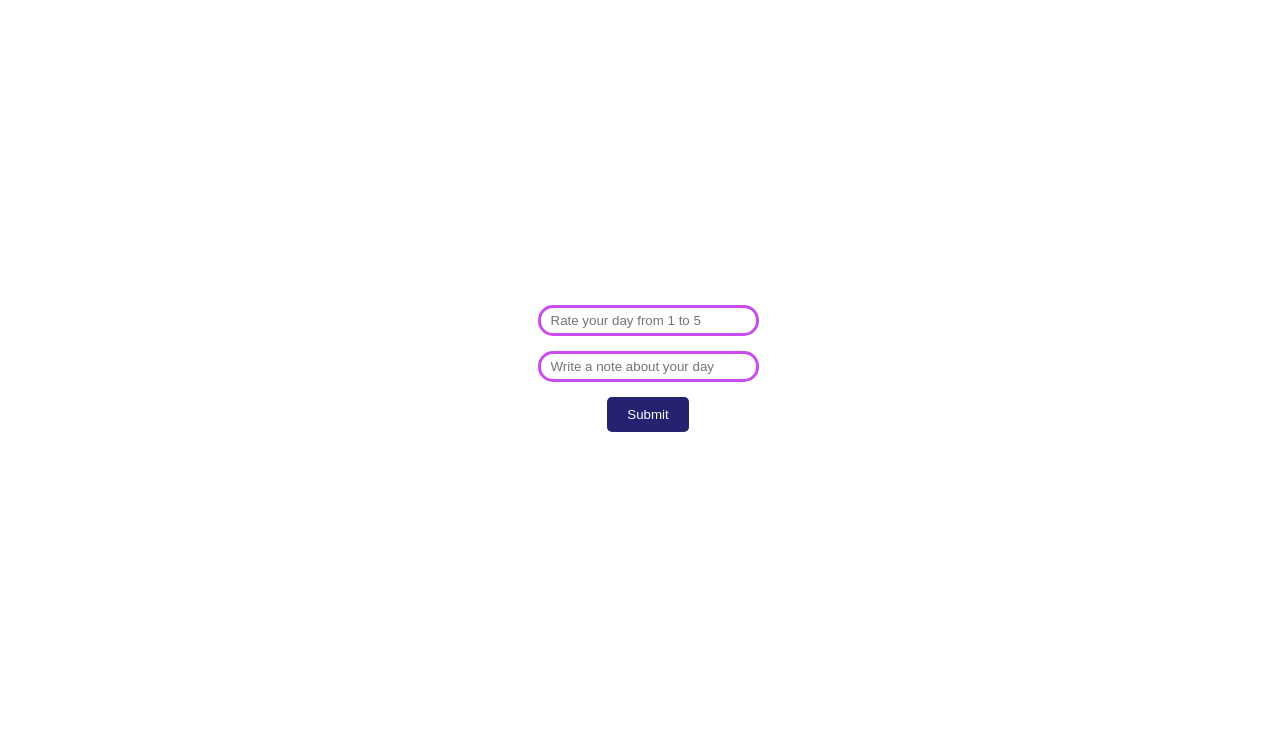
Repository: elenav24/RateMyDay
Page: frontend/index.html
The author's editor kept a copy of each file at every save. The page is drawn from the files as they stood at one save, then again after the next save.
The browser window is 1280 px wide. The page is 1288 px wide, then 1280 px, so the pictures cover 1288 px, including what lies to the right of the window. The pictures show the whole page.

Above is the page before, as saved 2025-05-15 01:25:57.

### frontend/index.html
<!DOCTYPE html>

<html lang="en">
    <head>
        <meta charset="utf-8">
        <title>Rate My Day!</title>
        <meta name="description" content="Welcome to Rate My Day!">
        <meta name="viewport" content="width=device-width, initial-scale=1">
        <link rel="stylesheet" href="style.css">
    </head>
    <body>
        <div class="container">
            <input type="text" id="rating" placeholder="Rate your day from 1 to 5">
            <input type="text" id="note" placeholder="Write a note about your day">
            <button id="submit">Submit</button>
        </div>

        <script src="script.js" defer></script>
    </body>
</html>

### frontend/style.css
.container {
    display: flex;
    flex-direction: column;
    align-items: center;
    justify-content: center;
    width: 100vw;
    height: 100vh;
}

#rating, #note {
    border: 3px solid #cb4df2;
    border-radius: 15px;
    width: 200px;
    padding: 5px;
    padding-left: 10px;
    margin-bottom: 15px;
}

#submit {
    background-color: #252271;
    color: white;
    border: none;
    border-radius: 5px;
    padding: 10px 20px;
    cursor: pointer;
}

### frontend/script.js
document.addEventListener('DOMContentLoaded', () => {
    const button = document.getElementById('submit');
    const rating = document.getElementById('rating');
    const note = document.getElementById('note');

    button.addEventListener('click', async () => {
        const ratingValue = parseInt(rating.value);
        const noteValue = note.value;

        if (isNaN(ratingValue) || ratingValue < 1 || ratingValue > 5) {
            alert('Please enter a valid rating between 1 and 5.');
            return;
        }

        const payload = {
            rating: ratingValue,
            note: noteValue
        };

        try {
            const response = await fetch('http://localhost:8000/rate', {
                method: 'POST',
                headers: {
                    'Content-Type': 'application/json'
                },
                body: JSON.stringify(payload)

            });

            const data = await response.json();
            alert(data.message);



        } catch (error) {
            console.error('Submission Error:', error);
            alert('An error occurred while submitting your rating.');
        }

        // Clear the input fields after submission
        rating.value = '';
        note.value = '';

    });

});

After the next save:
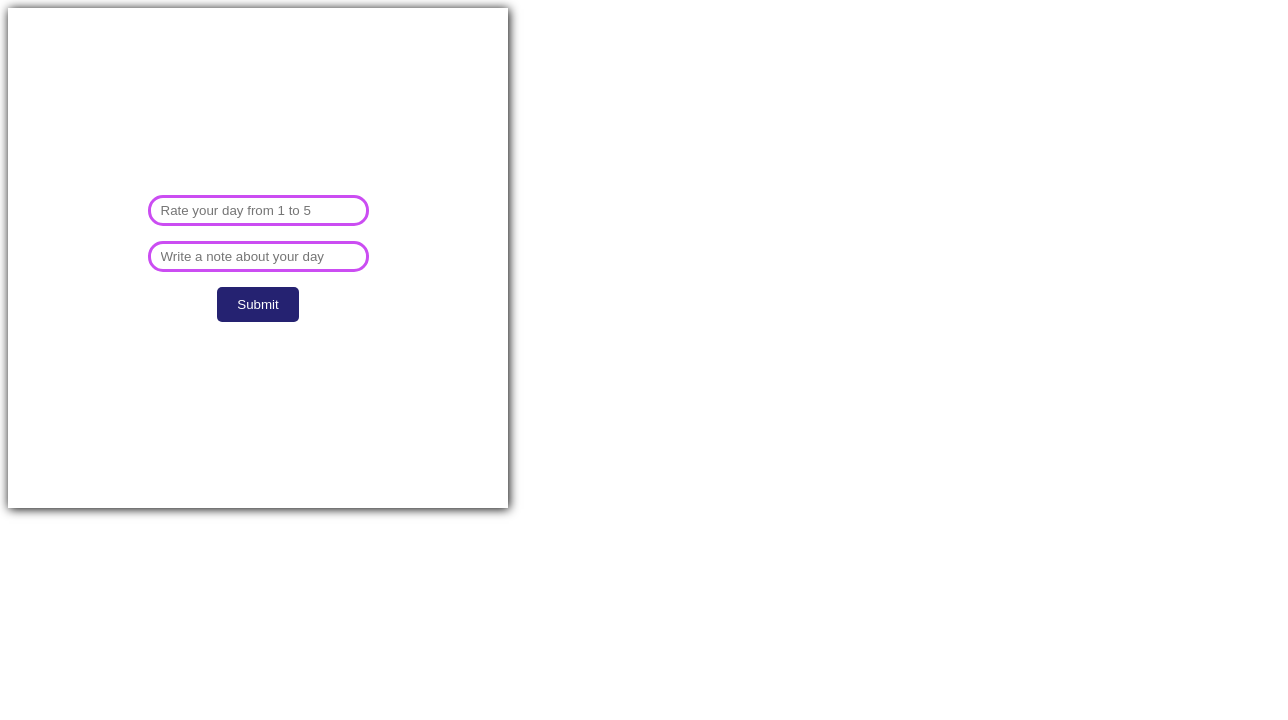
Saved 103 s later.
--- a/frontend/style.css
+++ b/frontend/style.css
@@ -3,8 +3,9 @@
     flex-direction: column;
     align-items: center;
     justify-content: center;
-    width: 100vw;
-    height: 100vh;
+    width: 500px;
+    height: 500px;
+    box-shadow: 1px 1px 10px #000;
 }
 
 #rating, #note {
